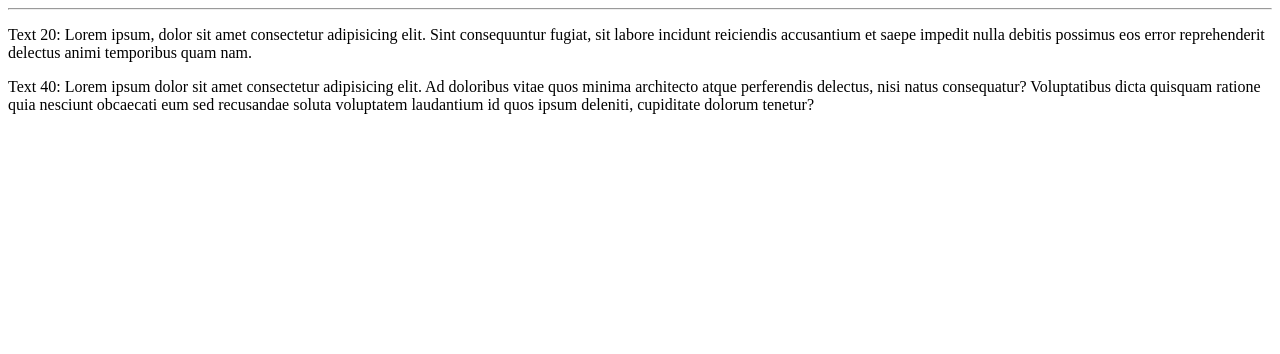
Repository: j4tdn/java18-repository
Page: 2. CSS3/ex02-css-selector-class-id.html
An editor plug-in stored every save of this project. The page is shown before and after the next save, followed by the edit.
The browser window is 1280 px wide. The pictures show the whole page.

Above is the page before, as saved 2023-10-21 17:39:49.

After the next save:
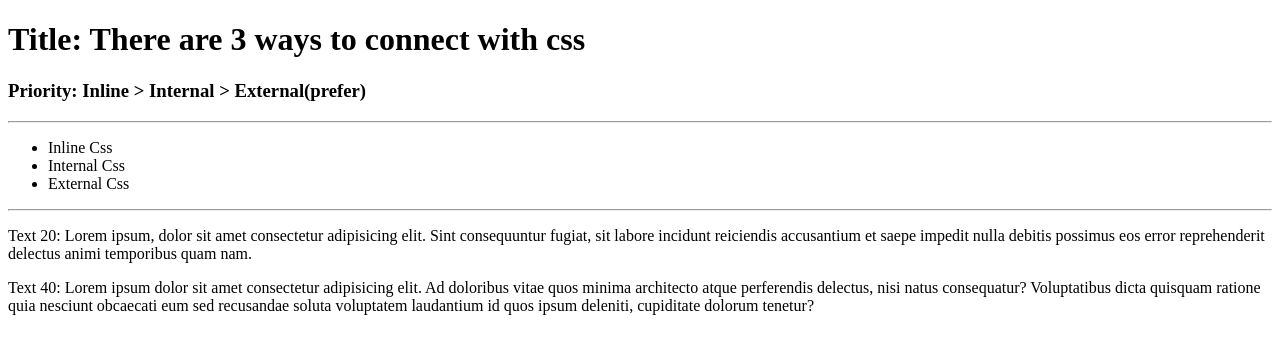
Saved 93 s later.
--- a/2. CSS3/ex02-css-selector-class-id.html
+++ b/2. CSS3/ex02-css-selector-class-id.html
@@ -7,6 +7,17 @@
     <link rel="stylesheet" href="css/style-base.css" />
   </head>
   <body>
+    <!-- html comments -->
+    <h1>Title: There are 3 ways to connect with css</h1>
+    <h3>Priority: Inline > Internal > External(prefer)</h3>
+
+    <hr />
+
+    <ul>
+      <li>Inline Css</li>
+      <li>Internal Css</li>
+      <li>External Css</li>
+    </ul>
     <hr />
     <p>
       Text 20: Lorem ipsum, dolor sit amet consectetur adipisicing elit. Sint
